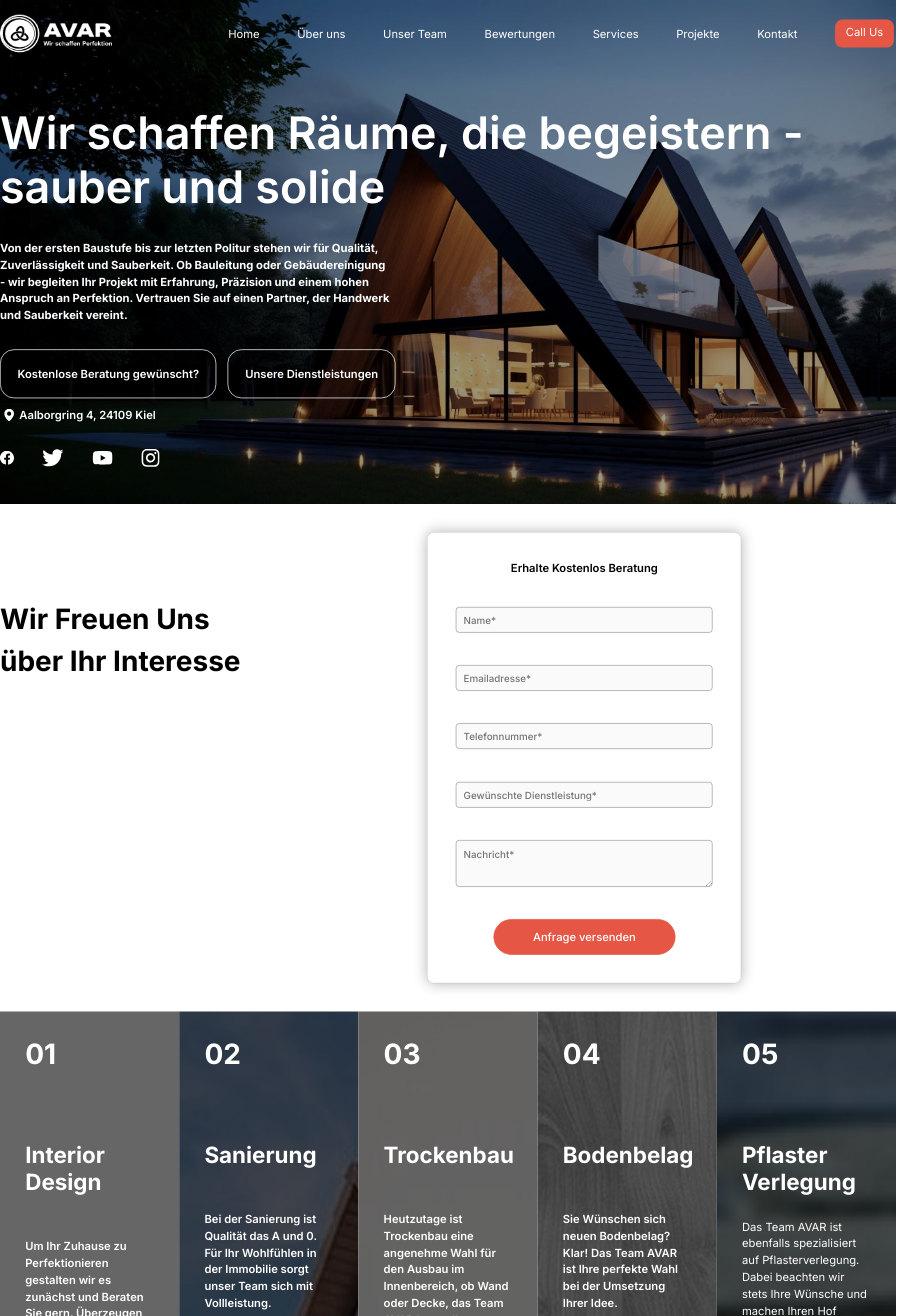
Repository: AlazarStudio/avar_react
Page: /
The author's editor kept a copy of each file at every save. The page is drawn from the files as they stood at one save, then again after the next save.
The browser window is 1280 px wide. The page is 1287 px wide, so the pictures cover 1287 px, including what lies to the right of the window. The pictures show the part of the page from y = 0 to 1880 px (the page is 8058 px tall), at 70% of full size.
The project was rebuilt for these pictures with package versions that can differ from the ones it lists, and the page was loaded fresh each time. Also part of the build but not shown: vite.config.js, src/Components/Pages/Non_Found_Page.jsx, src/Components/Pages/HomePage/HomePage.module.css, src/Components/Pages/UberUnsPage/UberUnsPage.module.css, src/Components/ui/UberUnsContainers/Container1/Container1.module.css, src/Components/ui/UberUnsContainers/Container1/Container1.jsx, src/Components/ui/UberUnsContainers/Container2/Container2.module.css, src/Components/ui/UberUnsContainers/Container2/Container2.jsx and 55 more.

Above is the page before, as saved 2025-07-04 15:32:54.

### index.html
<!DOCTYPE html>
<html lang="ru">
  <head>
    <meta charset="UTF-8" />
    <link rel="icon" type="image/svg+xml" href="/Vector.svg" />
    <meta name="viewport" content="width=device-width, initial-scale=1.0" />
    <title>AVAR</title>
    <!-- Основные мета-теги для iOS -->
    <meta name="apple-mobile-web-app-capable" content="yes" />
    <meta name="apple-mobile-web-app-status-bar-style" content="black" />
    <meta name="apple-mobile-web-app-title" content="My App" />

    <!-- Иконки для iOS -->
    <link rel="apple-touch-icon" href="/favicon-alazar-studio.png" />

    <!-- Цветовая схема для iOS (настраивает цвет адресной строки и интерфейса) -->
    <meta name="theme-color" content="#1976d2" />

    <link rel="manifest" href="/manifest.json" />
    <link
      href="https://fonts.googleapis.com/css2?family=Inter:wght@400;500;600;700&display=swap"
      rel="stylesheet"
    />

    <!-- <link rel="stylesheet" href="https://fonts.googleapis.com/css2?family=Montserrat:wght@400;700&display=swap"> -->
  </head>

  <body>
    <div id="root"></div>
    <script type="module" src="/src/main.jsx"></script>
  </body>
</html>

### src/App.jsx
import React from 'react';
import { Route, Routes } from 'react-router-dom';

// import Main_Page from './Components/Pages/Main_Page';
import Non_Found_Page from './Components/Pages/Non_Found_Page';
import Layout from './Components/Standart/Layout/Layout';
// import InstallButton from './Components/Pages/InstallButton/InstallButton';
import HomePage from './Components/Pages/HomePage/HomePage';
import UberUnsPage from './Components/Pages/UberUnsPage/UberUnsPage';
import ServicesPage from './Components/Pages/ServicesPage/ServicesPage';
import ProjektePage from './Components/Pages/ProjektePage/ProjektePage';
import OneProjektPage from './Components/Pages/OneProjektPage/OneProjektPage';
import KontaktPage from './Components/Pages/KontaktPage/KontaktPage';
import UnserTeamPage from './Components/Pages/UnserTeamPage/UnserTeamPage';
import BewertungenPage from './Components/Pages/BewertungenPage/BewertungenPage';

function App() {
  return (
    <>
      <Routes>
        <Route path="/" element={<Layout />}>
          <Route index element={<HomePage />} />
          <Route path="überUns" element={<UberUnsPage />} />
          <Route path="services" element={<ServicesPage />} />\
          <Route path="projekte" element={<ProjektePage />} />
          <Route path="projekte/:id" element={<OneProjektPage />} />
          <Route path="kontakt" element={<KontaktPage />} />
          <Route path="unserTeam" element={<UnserTeamPage />} />
          <Route path="bewertungen" element={<BewertungenPage />} />
          <Route path="*" element={<Non_Found_Page />} />
        </Route>
      </Routes>

      {/* Кнопка установки */}
      {/* <InstallButton /> */}
    </>
  );
}

export default App;

### src/index.css
* {
  margin: 0;
  padding: 0;
  box-sizing: border-box;
  /* font-family: 'Arial', sans-serif; */
  font-family: 'Inter', sans-serif;
  scroll-behavior: smooth;
}

a {
  text-decoration: none;
}

:root {
  --blockWidth: 1300px;
}

body {
  /* font-family: 'Arial', sans-serif; */
  font-family: 'Inter', sans-serif;
  background-color: #FFFFFF;
}

main {
  display: flex;
  flex-direction: column;
  gap: 80px;
  padding-bottom: 80px;
}

### src/Components/Standart/Layout/Layout.jsx
import React from "react";
import { Outlet } from "react-router-dom";

import Header from "../../Blocks/Header/Header"
import Footer from "../../Blocks/Footer/Footer";


function Empty({ children, ...props }) {
    return (
        <>
            <Header/>
            <Outlet />
            <Footer/>
        </>
    );
}

export default Empty;

### src/Components/Pages/HomePage/HomePage.jsx
import classes from './HomePage.module.css';

import 'swiper/css';
import 'swiper/css/navigation';
import 'swiper/css/pagination';
import Container1 from '../../ui/HomePageContainers/Container1/Container1';
import Container2 from '../../ui/HomePageContainers/Container2/Container2';
import Container3 from '../../ui/HomePageContainers/Container3/Container3';
import Container4 from '../../ui/HomePageContainers/Container4/Container4';
import Container5 from '../../ui/HomePageContainers/Container5/Container5';
import Container6 from '../../ui/HomePageContainers/Container6/Container6';
import Container7 from '../../ui/HomePageContainers/Container7/Container7';
import Container8 from '../../ui/HomePageContainers/Container8/Container8';
import Container9 from '../../ui/HomePageContainers/Container9/Container9';

function HomePage({ children, ...props }) {
  return (
    <>
      <div className={classes.contaier}>
        <Container1 />
        <Container2 />
        <Container3 />
        <Container4 />
        <Container5 />
        <Container6 />
        <Container7 />
        <Container8 />
        <Container9 />
      </div>
    </>
  );
}

export default HomePage;

### src/Components/Blocks/Header/Header.jsx
import React from 'react';
import { Link, useNavigate, useLocation } from 'react-router-dom';
import classes from './Header.module.css';

function Header({ children, ...props }) {
  const navigate = useNavigate();
  const location = useLocation(); // Получаем текущий путь

  // Условно применяем класс для синего фона на странице OneProjektPage
  const isOneProjectPage = location.pathname.includes('projekte/');

  return (
    <div
      className={`${classes.container} ${
        isOneProjectPage ? classes.blueBackground : ''
      }`}
    >
      <div className={classes.header}>
        <div className={classes.headerLeft}>
          <img src="../images/logoHome.png" onClick={() => navigate('/')} />
        </div>
        <div className={classes.headerRight}>
          <ul className={classes.navigate}>
            <li>
              <Link to="/">Home</Link>
            </li>
            <li>
              <Link to="/überUns">Über uns</Link>
            </li>
            <li>
              <Link to="/unserTeam">Unser Team</Link>
            </li>
            <li>
              <Link to="/bewertungen">Bewertungen</Link>
            </li>
            <li>
              <Link to="/services">Services</Link>
            </li>
            <li>
              <Link to="/projekte">Projekte</Link>
            </li>
            <li>
              <Link to="/kontakt">Kontakt</Link>
            </li>
            <li>
              <a className={classes.w} href="tel:01785029999">
                Call Us
              </a>
            </li>
          </ul>
        </div>
      </div>
    </div>
  );
}

export default Header;

### src/Components/ui/HomePageContainers/Container1/Container1.jsx
import React from 'react';
import classes from './Container1.module.css';

export default function Container1() {
  return (
    <div>
      <div className={classes.container1}>
        <div className={classes.content}>
          <div className={classes.box}>
            <div className={classes.block}>
              <span>
                Wir schaffen Räume, die begeistern - sauber und solide
              </span>
              <span>
                Von der ersten Baustufe bis zur letzten Politur stehen wir für
                Qualität, Zuverlässigkeit und Sauberkeit. Ob Bauleitung oder
                Gebäudereinigung - wir begleiten Ihr Projekt mit Erfahrung,
                Präzision und einem hohen Anspruch an Perfektion. Vertrauen Sie
                auf einen Partner, der Handwerk und Sauberkeit vereint.
              </span>
              <div className={classes.buttons}>
                <button>Kostenlose Beratung gewünscht?</button>
                <button>Unsere Dienstleistungen</button>
              </div>
            </div>
          </div>
          <div className={classes.blockBottom}>
            <span>
              <img src="../images/coolicon (5).svg" />
              Aalborgring 4, 24109 Kiel
            </span>
            <div className={classes.contact}>
              <img src="../images/coolicon (1).svg" />
              <img src="../images/coolicon (2).svg" />
              <img src="../images/coolicon (3).svg" />
              <img src="../images/coolicon (4).svg" />
            </div>
          </div>
        </div>
      </div>
    </div>
  );
}

### src/Components/ui/HomePageContainers/Container5/Container5.jsx
import React from 'react';
import classes from './Container5.module.css';

export default function Container5() {
  return (
    <div>
      {' '}
      <div className={classes.container5}>
        <div className={classes.contaier5Block}>
          <div className={classes.contaier5BlockEl}>
            <span>200+</span>
            <span>Projekte jährlich</span>
          </div>
          <div className={classes.contaier5BlockEl}>
            <span>20</span>
            <span>Team von Handwerkern</span>
          </div>
          <div className={classes.contaier5BlockEl}>
            <span>110%</span>
            <span>Leistung</span>
          </div>
          <div className={classes.contaier5BlockEl}>
            <span>1</span>
            <span>Ziel</span>
          </div>
        </div>
      </div>
    </div>
  );
}

### src/Components/ui/HomePageContainers/Container6/Container6.jsx
import React from 'react';
import classes from './Container6.module.css';

import { Swiper, SwiperSlide } from 'swiper/react';
import { Pagination, Autoplay } from 'swiper/modules';

import 'swiper/css';
import 'swiper/css/navigation';
import 'swiper/css/pagination';
import { projects } from '../../../../../bd';

export default function Container6() {
  return (
    <div>
      {' '}
      <div className={classes.container6}>
        <div className={classes.container6Block}>
          <div className={classes.container6BlockTop}>
            <span>Unsere Ausgewahlten Projekte</span>
          </div>
          <div className={classes.container6BlockBottom}>
            <div className={classes.container6BlockBottom}>
              <Swiper
                modules={[Pagination, Autoplay]}
                slidesPerView={3}
                autoplay={{
                  delay: 4000,
                  disableOnInteraction: false,
                }}
                spaceBetween={10}
                loop={true}
                // navigation
                pagination={{ clickable: true }}
                breakpoints={{
                  320: { slidesPerView: 1 },
                  768: { slidesPerView: 2 },
                  1024: { slidesPerView: 3 },
                }}
              >
                {projects.map((project) => (
                  <SwiperSlide key={project.id}>
                    <div className={classes.container6BlockBottomEl}>
                      <img src={project.img[0]} alt={project.title} />
                      <span>{project.title}</span>
                      <span>{project.description}</span>
                    </div>
                  </SwiperSlide>
                ))}
              </Swiper>
            </div>
          </div>
        </div>
      </div>
    </div>
  );
}

### src/Components/ui/HomePageContainers/Container7/Container7.jsx
import React from 'react';
import classes from './Container7.module.css';

export default function Container7() {
  return (
    <div>
      {' '}
      <div className={classes.container7}>
        <img src="../images/homeCon71.png" className={classes.contaier7Bg} />
        <div className={classes.container7Block}>
          <div className={classes.container7BlockLeft}>
            <img src="../images/homeCon72.png" />
          </div>
          <div className={classes.container7BlockRight}>
            <div className={classes.container7BlockRightEl}>
              <span>Das Sagen Unsere Uber Uns</span>
              <span>
                ‘’Wir Haben Das Team Von AVAR Am Anfang Mit Ein Wenig Vorsicht
                Betrachtet, Allerdings Haben Wir Schnell Gemerkt, Dass Es
                Erfahrene Jungs Sind, Die Ihre Arbeit Kennen Und Diese Einfach
                Auf Einem Unglaublichen Niveau Und Schnelligkeit Umsetzten. Im
                Moment Fehlt Das Geld Für Eine Zweite Wohnung, Allerdings, Falls
                Unsere Familie Sich Entschließt Im Laufe Der Zeit Eine Zweite Zu
                Kaufen, Werden Wir Uns Definitiv Für Eine Erneute Zusammenarbeit
                Mit Herrn Abakarov Von Team AVAR Entscheiden. Danke Euch!’’
              </span>
              <span>Pia-Maria Wendtland</span>
            </div>
          </div>
        </div>
      </div>
    </div>
  );
}

### src/Components/ui/HomePageContainers/Container8/Container8.jsx
import React from 'react';
import classes from './Container8.module.css';

import { Swiper, SwiperSlide } from 'swiper/react';
import { Pagination, Autoplay } from 'swiper/modules';

import 'swiper/css';
import 'swiper/css/navigation';
import 'swiper/css/pagination';
import { reviews } from '../../../../../bd';

export default function Container8() {
  return (
    <div>
      {' '}
      <div className={classes.container8}>
        <div className={classes.container8Block}>
          <div className={classes.container8BlockBottom}>
            <div className={classes.container8BlockBottom1}>
              <Swiper
                modules={[Pagination, Autoplay]}
                slidesPerView={3}
                autoplay={{
                  delay: 4000,
                  disableOnInteraction: false,
                }}
                spaceBetween={30}
                loop={true}
                style={{ paddingLeft: '15px', paddingRight: '15px' }}
                // navigation
                pagination={{ clickable: true }}
                breakpoints={{
                  320: { slidesPerView: 1 },
                  768: { slidesPerView: 2 },
                  1024: { slidesPerView: 3 },
                }}
              >
                {reviews.map((review) => (
                  <SwiperSlide key={review.id}>
                    <div className={classes.container8BlockBottomEl}>
                      <img src="../images/“.svg" />
                      {/* <span>“</span> */}
                      <span>{review.description}</span>
                      <span>{review.name}</span>
                    </div>
                  </SwiperSlide>
                ))}
              </Swiper>
            </div>
          </div>
        </div>
      </div>
    </div>
  );
}

### src/Components/ui/HomePageContainers/Container9/Container9.jsx
import React from 'react';
import classes from './Container9.module.css';

export default function Container9() {
  return (
    <div>
      {' '}
      <div className={classes.container9}>
        <div className={classes.container9Block}>
          <span>Offizieller Partner Der Postbank</span>
          <a href="https://www.postbank.de/">
            <img src="../images/image 7.svg" />
          </a>
        </div>
      </div>
    </div>
  );
}

### src/Components/Blocks/Header/Header.module.css
.container {
  display: flex;
  align-items: center;
  justify-content: center;
  width: 100%;
  height: 96px;
  margin-bottom: -96px;
}

.header {
  display: flex;
  align-items: center;
  justify-content: space-between;
  width: 100%;
  height: 100%;
  max-width: 1304px;
  background-color: inherit;
  z-index: 11;
}

.headerLeft {
  display: flex;
  align-items: center;
  justify-content: center;
  width: 160px;
  height: 54px;
}

.headerLeft img {
  width: 100%;
  height: 100%;
  cursor: pointer;
}

.headerRight {
  display: flex;
  width: 100%;
  max-width: 954px;
}

.navigate {
  display: flex;
  width: 100%;
  align-items: center;
  justify-content: space-between;
  list-style-type: none;
  padding-right: 3px;
  /* outline: 3px solid red; */
}

.navigate a {
  color: #ffffff;
  text-decoration: none;
  font-size: 16px;
  font-weight: 400;
  cursor: pointer;
  transition: all 0.2s ease-in-out;
  padding-bottom: 4px;
  border-bottom: 1px solid inherit;
}

.navigate a:hover {
  color: #e55645;
  border-bottom: 1px solid #e55645;
  transition: color 0.6s ease;
}

.w {
  display: flex;
  align-items: center;
  justify-content: center;
  line-height: 100%;
  color: #ffffff;
  text-decoration: none;
  font-size: 16px;
  font-weight: 400;
  width: 84px !important;
  height: 40px !important;
  cursor: pointer;
  transition: none;
  padding: 0;
  border-bottom: none;
  background-color: #e55645 !important;
  border-radius: 10px;
}

.w:hover {
  color: #fff !important;
  border-bottom: none;
  transition: color 0.6s ease;
}

.blueBackground {
  background-color: #000322;
}

@media (max-width: 768px) {
  .container {
    display: none;
  }
}

### src/Components/ui/HomePageContainers/Container5/Container5.module.css

.container5 {
  display: flex;
  align-items: center;
  justify-content: center;
  width: 100%;
  background-color: #f7f7f7;
}

.contaier5Block {
  display: flex;
  flex-direction: row;
  align-items: center;
  justify-content: space-between;
  width: 100%;
  max-width: 1304px;
  padding: 80px 60px;
}

.contaier5BlockEl {
  display: flex;
  flex-direction: column;
  gap: 16px;
  color: #8c93a6;
}

.contaier5BlockEl span:nth-of-type(1) {
  font-size: 64px;
  font-weight: 700;
  text-align: center;
}

.contaier5BlockEl span:nth-of-type(2) {
  font-size: 20px;
  font-weight: 700;
  text-align: center;
  width: 130px;
}

@media (max-width: 768px) {
  .container5 {
  }

  .contaier5Block {
    flex-wrap: wrap;
    width: 100%;
    max-width: 768px;
    padding: 40px;
    gap: 50px;
  }

  .contaier5BlockEl {
    display: flex;
    align-items: center;
    justify-content: center;
    width: 40%;
    gap: 12px;
  }

  .contaier5BlockEl span:nth-of-type(1) {
    font-size: 47px;
    font-weight: 700;
    text-align: center;
  }

  .contaier5BlockEl span:nth-of-type(2) {
    font-size: 14px;
    font-weight: 700;
    text-align: center;
  }
}

### src/Components/ui/HomePageContainers/Container6/Container6.module.css

.container6 {
  display: flex;
  align-items: center;
  justify-content: center;
  width: 100%;
  /* border: 1px solid red; */
}

.container6Block {
  display: flex;
  align-items: center;
  justify-content: center;
  flex-direction: column;
  width: 100%;
  max-width: 1304px;
  padding: 110px 0;
  gap: 66px;
  /* outline: 1px solid red; */
}

.container6BlockTop {
  display: flex;
  align-items: center;
  justify-content: center;
  width: 100%;
  font-size: 40px;
  font-weight: 700;
}

.container6BlockBottom {
  display: flex;
  align-items: center;
  justify-content: center;
  width: 100%;
}

.container6BlockBottom1 {
  display: flex;
  align-items: center;
  justify-content: center;
  width: 100%;
}

.container6BlockBottomEl {
  background: #fff;
  padding: 1.5rem;
  border-radius: 12px;
  /* box-shadow: 0 8px 24px rgba(0, 0, 0, 0.1); */
  display: flex;
  flex-direction: column;
  gap: 24px;
  /* text-align: center; */
  height: 100%;
  cursor: pointer;
  margin-top: 50px;
  margin-bottom: 80px;
}

.container6BlockBottomEl img {
  width: 100%;
  height: 285px;
  object-fit: cover;
  border-radius: 8px;
}

.container6BlockBottomEl span:nth-of-type(1) {
  font-size: 20px;
  font-weight: 700;
}

.container6BlockBottomEl span:nth-of-type(2) {
  font-size: 16px;
  font-weight: 400;
  color: #8c93a6;
}

@media (max-width: 768px) {
  .container6Block {
    padding: 40px 0;
    gap: 16px;
    /* outline: 1px solid red; */
  }

  .container6BlockTop {
    text-align: center;
    font-size: 24px;
    width: 260px;
  }
}

### src/Components/ui/HomePageContainers/Container9/Container9.module.css
.container9 {
  display: flex;
  align-items: center;
  justify-content: center;
  width: 100%;
}

.container9Block {
  display: flex;
  align-items: center;
  justify-content: center;
  gap: 62px;
  max-width: 1304px;
  padding-bottom: 150px;
}

.container9Block img {
  width: 748px;
  height: 203px;
}

.container9Block span {
  font-size: 40px;
  font-weight: 700;
  width: 410px;
  order: 2;
}

@media (max-width: 768px) {
  .container9 {
    display: flex;
    align-items: center;
    justify-content: center;
    width: 100%;
  }

  .container9Block {
    display: flex;
    flex-direction: column;
    align-items: center;
    justify-content: center;
    gap: 24px;
    max-width: 768px;
    padding: 15px;
  }

  .container9Block img {
    width: 100%;
    height: auto;
  }

  .container9Block span {
    display: flex;
    text-align: center;
    font-size: 24px;
    font-weight: 700;
    width: 280px;
  }
}

Loaded but not shown: src/main.jsx (common file); bd.js (104 lines, source omitted); src/Components/ui/HomePageContainers/Container2/Container2.jsx (167 lines, source omitted); src/Components/ui/HomePageContainers/Container2/Container2.module.css (315 lines, source omitted); src/Components/Blocks/Footer/Footer.module.css (246 lines, source omitted); src/Components/ui/HomePageContainers/Container1/Container1.module.css (251 lines, source omitted); src/Components/ui/HomePageContainers/Container3/Container3.jsx (90 lines, source omitted); src/Components/Blocks/Footer/Footer.jsx (77 lines, source omitted); src/Components/ui/HomePageContainers/Container3/Container3.module.css (145 lines, source omitted); src/Components/ui/HomePageContainers/Container4/Container4.module.css (147 lines, source omitted); src/Components/ui/HomePageContainers/Container8/Container8.module.css (120 lines, source omitted); src/Components/ui/HomePageContainers/Container4/Container4.jsx (51 lines, source omitted); src/Components/ui/HomePageContainers/Container7/Container7.module.css (120 lines, source omitted)

After the next save:
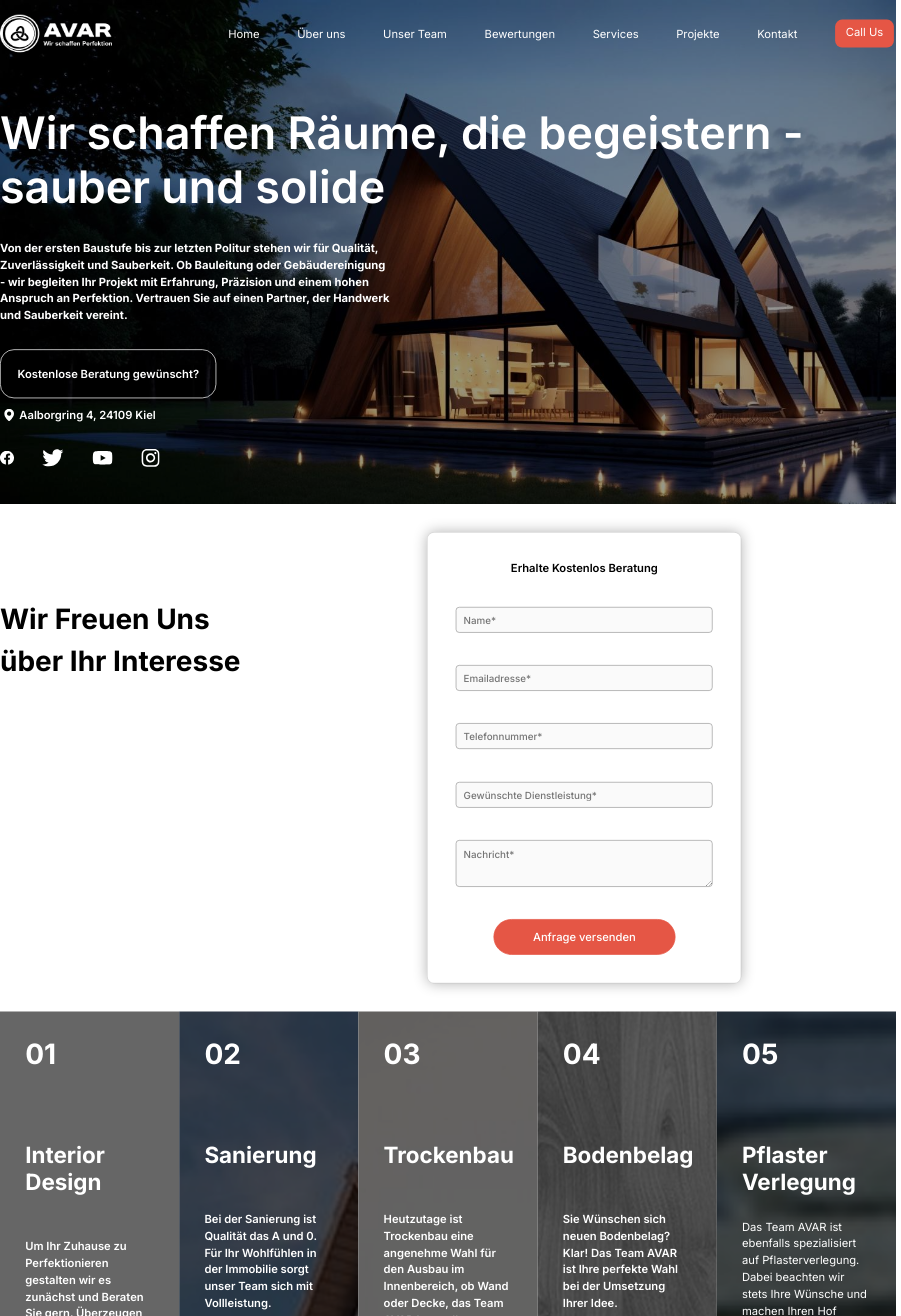
Saved 12 s later.
--- a/src/Components/ui/HomePageContainers/Container1/Container1.jsx
+++ b/src/Components/ui/HomePageContainers/Container1/Container1.jsx
@@ -20,7 +20,7 @@ export default function Container1() {
               </span>
               <div className={classes.buttons}>
                 <button>Kostenlose Beratung gewünscht?</button>
-                <button>Unsere Dienstleistungen</button>
+                {/* <button>Unsere Dienstleistungen</button> */}
               </div>
             </div>
           </div>
